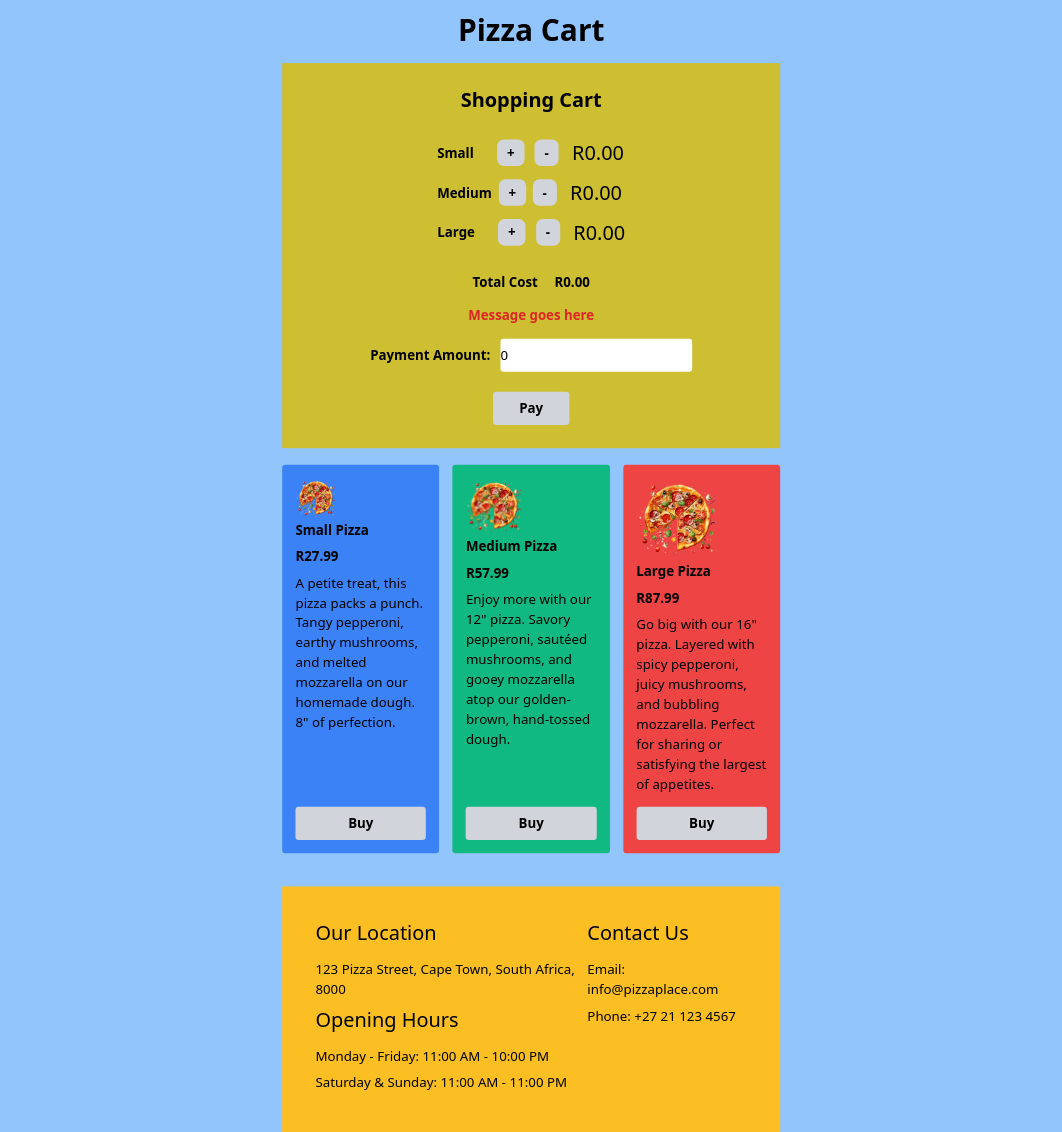
Repository: lasity34/pizza_cart
Page: index.html
An editor plug-in stored every save of this project. The page is shown before and after the next save, followed by the edit.
The browser window is 1280 px wide. The pictures show the whole page, at 83% of full size.
Some web libraries are served in a nearby version.

Above is the page before, as saved 2023-07-11 12:21:26.

After the next save:
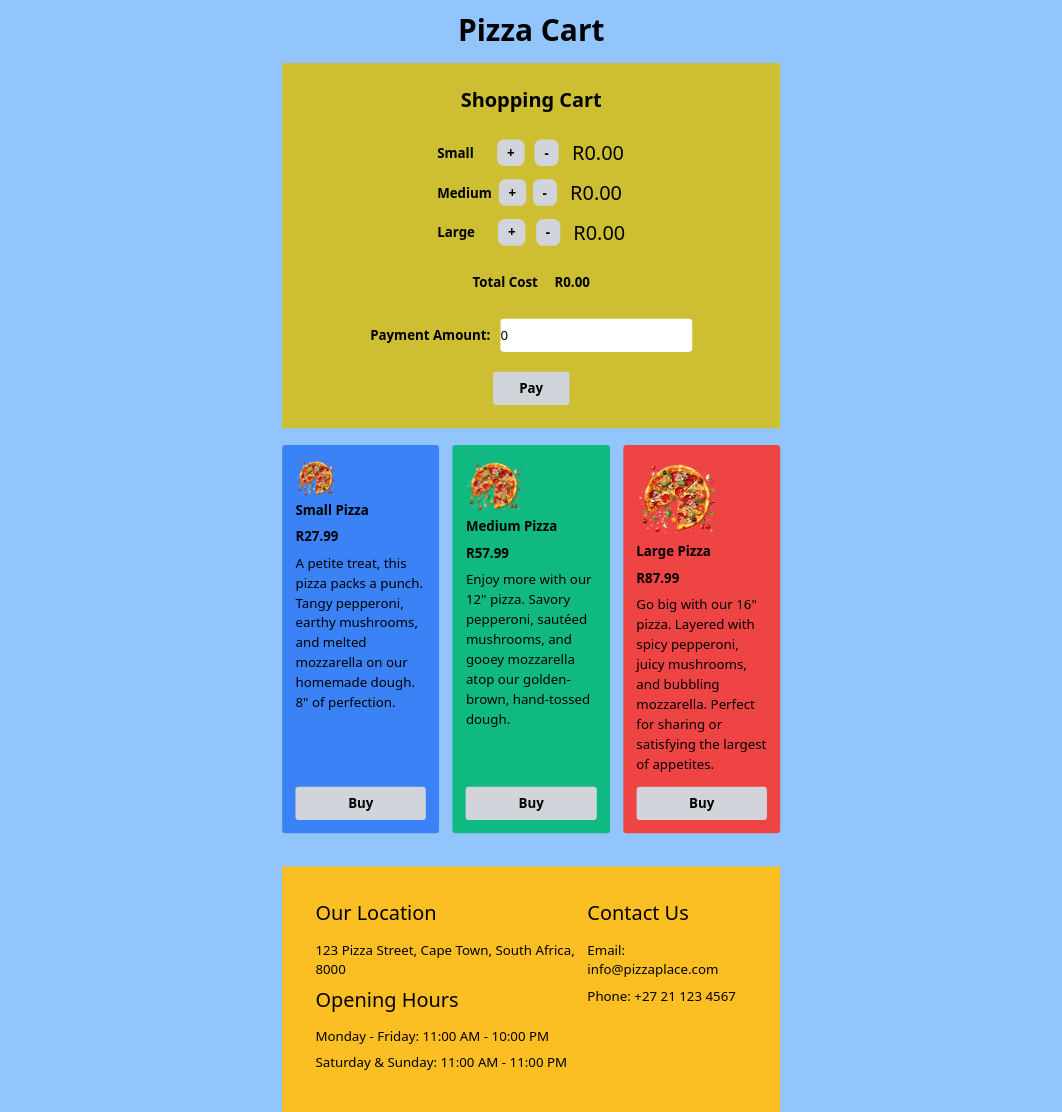
Saved 59 s later.
--- a/index.html
+++ b/index.html
@@ -92,7 +92,7 @@
           <p class="ml-5 font-bold">R<span x-text="total().toFixed(2)">0.00</span></p>
         </div>
         <div class="mt-4">
-          <p class="text-red-600 font-bold">Message goes here</p>
+          <p class="text-red-600 font-bold" x-text="message"></p>
         </div>
         <div class="mt-4">
           <label class="font-bold">Payment Amount:</label>
